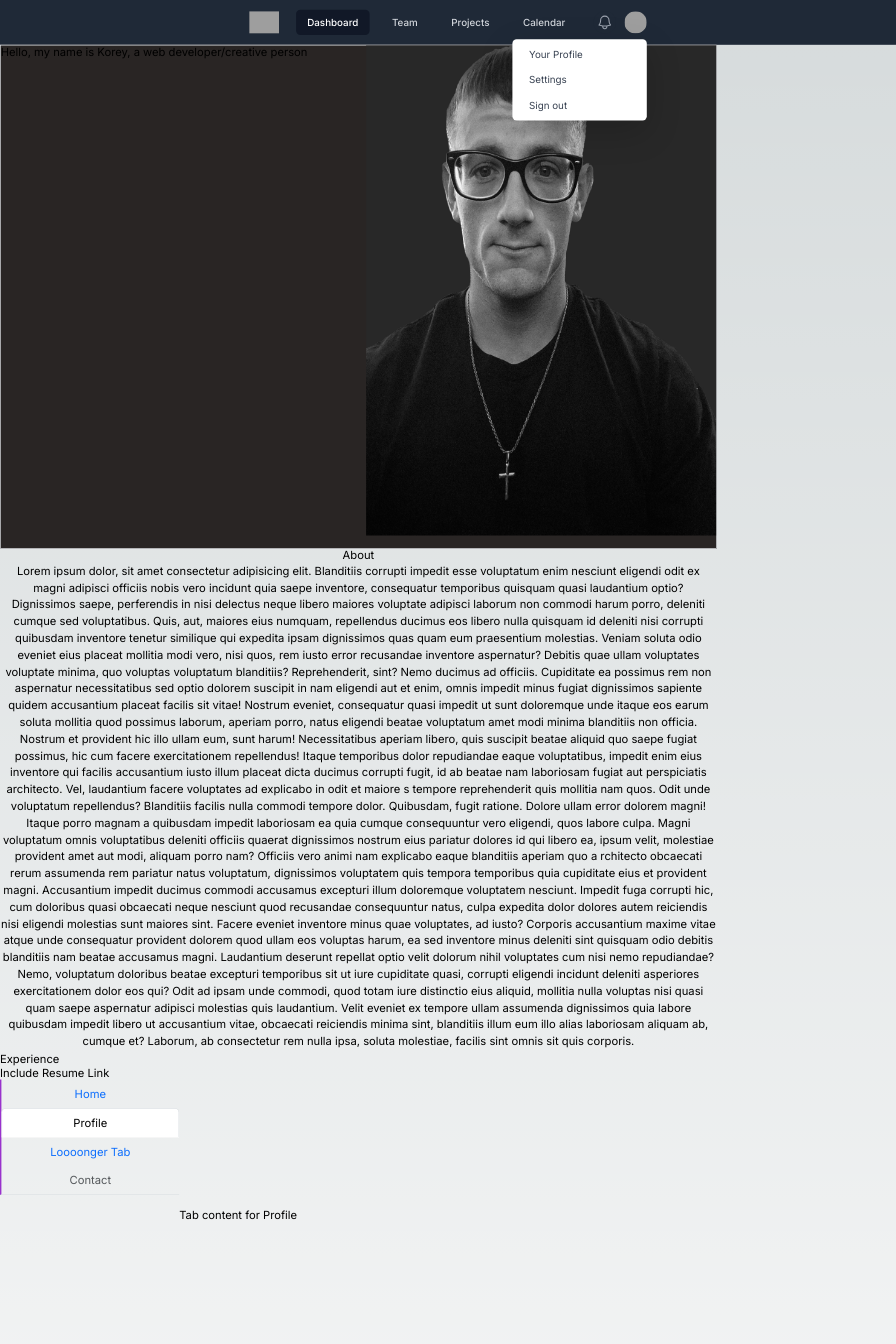
Repository: devkthines/next-portfolio-v2
Page: /
The author's editor kept a copy of each file at every save. The page is drawn from the files as they stood at one save, then again after the next save.
The browser window is 1280 px wide. The pictures show the part of the page from y = 0 to 1920 px (the page is 2944 px tall), at 70% of full size.
Pictures or frames that could not be fetched are drawn as grey boxes. The project was rebuilt for these pictures with package versions that can differ from the ones it lists, and the page was loaded fresh each time. The framework's server and built-in components were replaced by stand-ins that run in the browser. Also part of the build but not shown: next.config.js.

Above is the page before, as saved 2023-09-10 20:54:32.

After the next save:
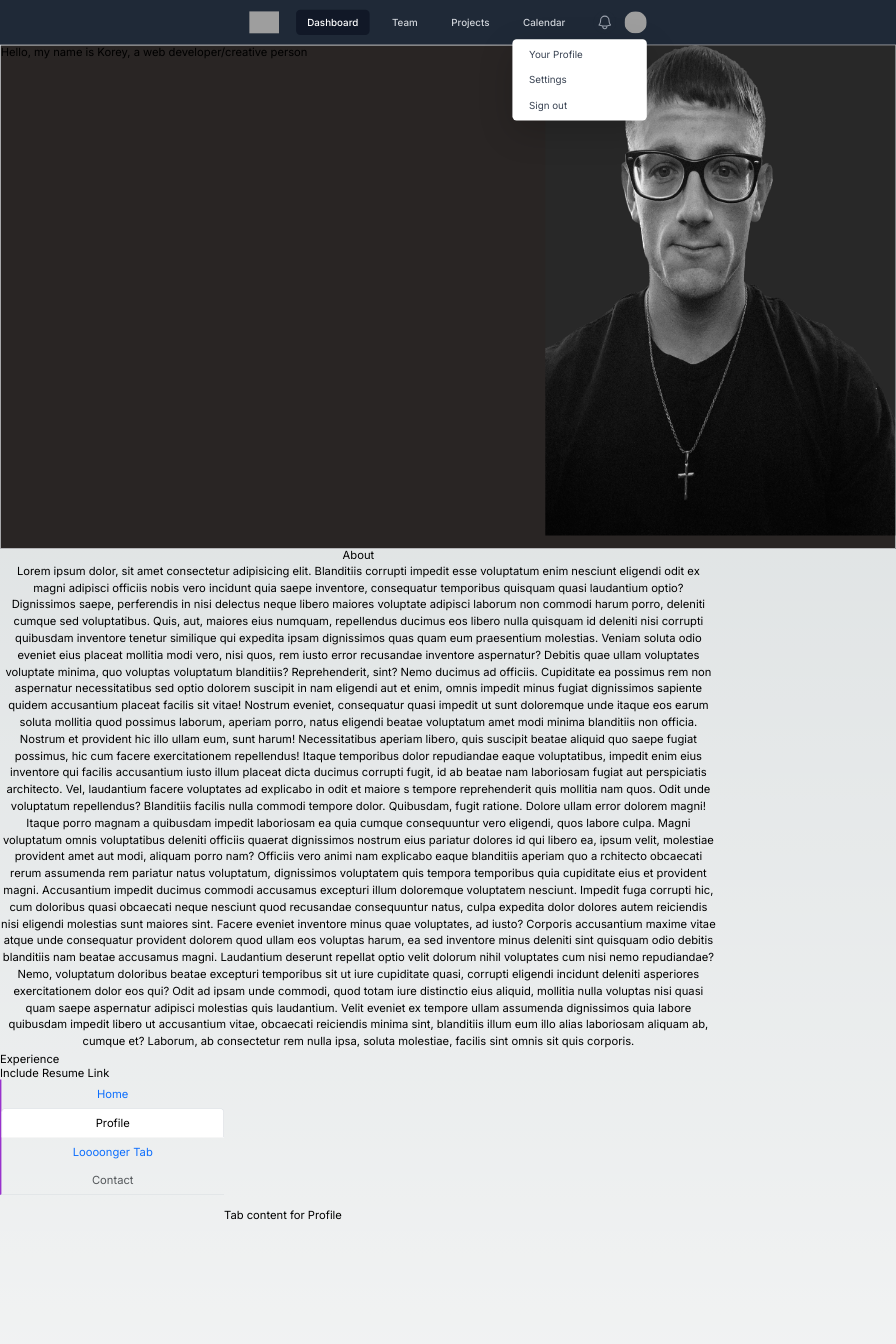
Saved 4 s later.
--- a/css/style.css
+++ b/css/style.css
@@ -4,7 +4,7 @@
     padding: 0;
 }
 .infoSection{
-    width: 80vw;
+    width: 100vw;
     height: 100vh;
 }
 .aboutSection{
